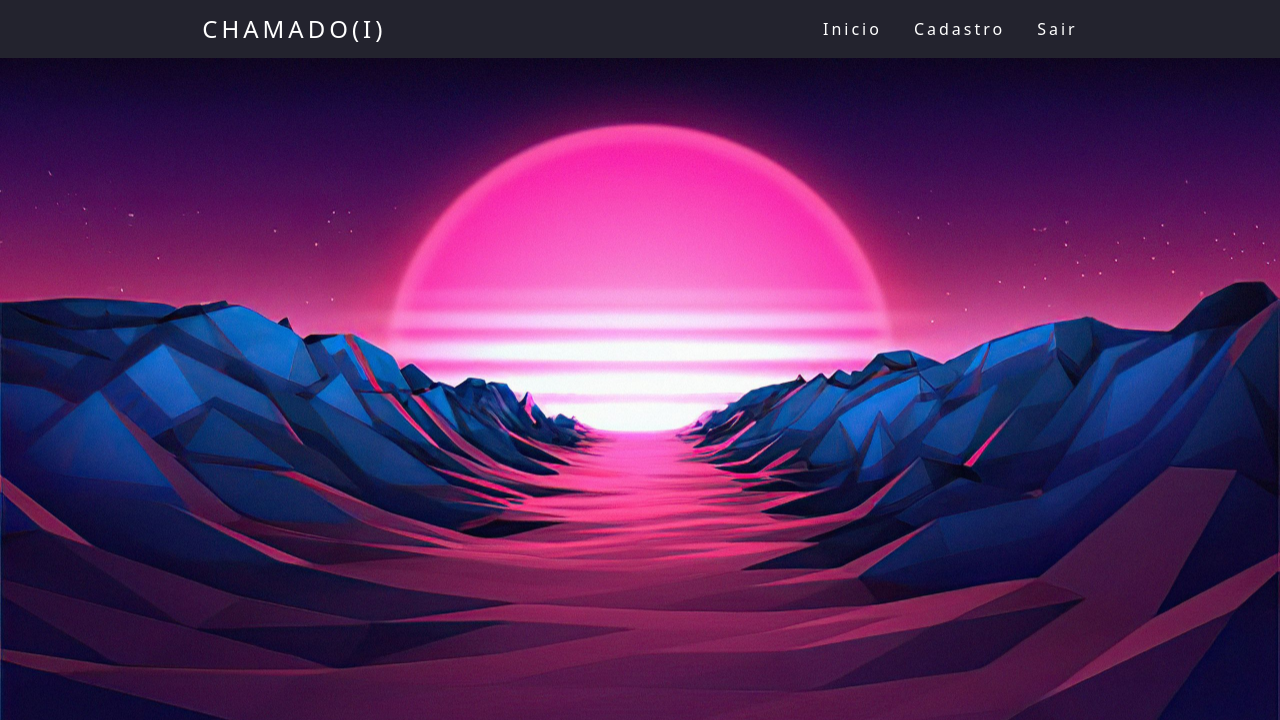
Repository: isaquemc2001/isaque-utilities
Page: index.html
These files come from the project's save history. The page is drawn as it stood at one moment and after the next save; the edit follows.
The browser window is 1280 px wide. The pictures show the whole page.

Above is the page before, as saved 2021-10-28 12:31:20.

### index.html
<!DOCTYPE html>
<html lang="pt-br">

<head>
    <meta charset="UTF-8">
    <meta http-equiv="X-UA-Compatible" content="IE=edge">
    <meta name="viewport" content="width=device-width, initial-scale=1.0">
    <title>Chamado</title>

    <link rel="stylesheet" href="style.css">
</head>

<body>

    <header>
        <nav class="shadow">
            <a class="logo" href="#">Chamado(i)</a>
            <div class="mobile-menu">
                <div class="line1"></div>
                <div class="line2"></div>
                <div class="line3"></div>
            </div>
            <ul class="nav-list">
                <li><a href="#">Inicio</a></li>
                <li><a href="#">Cadastro</a></li>
                <li><a href="#">Sair</a></li>
            </ul>
        </nav>
    </header>

    <main></main>

    <script src="mobile_navbar.js"></script>

</body>

</html>

### style.css
* {
    margin: 0;
    padding: 0;
}

a {
    color: #fff;
    text-decoration: none;
    transition: 0.3s;
}

a:hover {
    opacity: 0.7;
}

.logo {
    font-size: 24px;
    text-transform: uppercase;
    letter-spacing: 4px;
}

nav {
    display: flex;
    justify-content: space-around;
    align-items: center;
    font-family: system-ui, -apple-system, Helvetica, Arial, sans-serif;
    background: #23232e;
    height: 8vh;
}

main {
    background: url("bg.jpg") no-repeat center center;
    background-size: cover;
    height: 92vh;
}

.nav-list {
    list-style: none;
    display: flex;
}

.nav-list li {
    letter-spacing: 3px;
    margin-left: 32px;
}

.mobile-menu {
    display: none;
    cursor: pointer;
}

.mobile-menu div {
    width: 32px;
    height: 2px;
    background: #fff;
    margin: 8px;
    transition: 0.3s;
}

@media (max-width: 999px) {
    body {
        overflow-x: hidden;
    }
    .nav-list {
        position: absolute;
        top: 8vh;
        right: 0;
        width: 50vw;
        height: 92vh;
        background: #23232e;
        flex-direction: column;
        align-items: center;
        justify-content: space-around;
        transform: translateX(100%);
        transition: transform 0.3s ease-in;
    }
    .nav-list li {
        margin-left: 0;
        opacity: 0;
    }
    .mobile-menu {
        display: block;
    }
}

.nav-list.active {
    transform: translateX(0);
}

@keyframes navLinkFade {
    from {
        opacity: 0;
        transform: translateX(50px);
    }
    to {
        opacity: 1;
        transform: translateX(0);
    }
}

.mobile-menu.active .line1 {
    transform: rotate(-45deg) translate(-8px, 8px);
}

.mobile-menu.active .line2 {
    opacity: 0;
}

.mobile-menu.active .line3 {
    transform: rotate(45deg) translate(-5px, -7px);
}

### mobile_navbar.js
class MobileNavbar {
    constructor(mobileMenu, navList, navLinks) {
      this.mobileMenu = document.querySelector(mobileMenu);
      this.navList = document.querySelector(navList);
      this.navLinks = document.querySelectorAll(navLinks);
      this.activeClass = "active";

      this.handleClick = this.handleClick.bind(this);
    }

    animateLinks() {
      this.navLinks.forEach((link, index) => {
        link.style.animation
          ? (link.style.animation = "")
          : (link.style.animation = `navLinkFade 0.5s ease forwards ${
              index / 7 + 0.3
            }s`);
      });
    }

    handleClick() {
      this.navList.classList.toggle(this.activeClass);
      this.mobileMenu.classList.toggle(this.activeClass);
      this.animateLinks();
    }

    addClickEvent() {
      this.mobileMenu.addEventListener("click", this.handleClick);
    }

    init() {
      if (this.mobileMenu) {
        this.addClickEvent();
      }
      return this;
    }
  }

  const mobileNavbar = new MobileNavbar(
    ".mobile-menu",
    ".nav-list",
    ".nav-list li",
  );
  mobileNavbar.init();

After the next save:
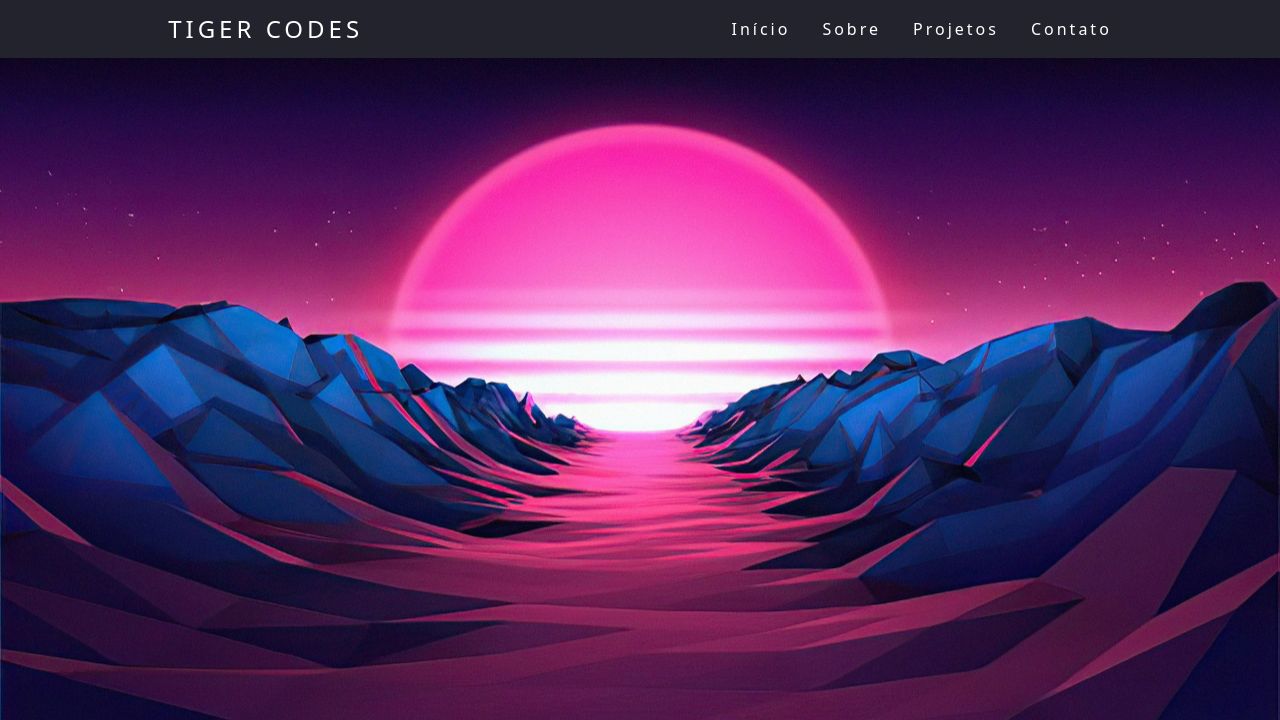
Not found: mobile-navbar.js
Saved 67 s later.
--- a/index.html
+++ b/index.html
@@ -2,36 +2,32 @@
 <html lang="pt-br">
 
 <head>
-    <meta charset="UTF-8">
-    <meta http-equiv="X-UA-Compatible" content="IE=edge">
-    <meta name="viewport" content="width=device-width, initial-scale=1.0">
-    <title>Chamado</title>
-
-    <link rel="stylesheet" href="style.css">
+    <meta charset="UTF-8" />
+    <meta http-equiv="X-UA-Compatible" content="IE=edge" />
+    <meta name="viewport" content="width=device-width, initial-scale=1.0" />
+    <title>Navbar</title>
+    <link rel="stylesheet" href="style.css" />
 </head>
 
 <body>
-
     <header>
-        <nav class="shadow">
-            <a class="logo" href="#">Chamado(i)</a>
+        <nav>
+            <a class="logo" href="/">Tiger Codes</a>
             <div class="mobile-menu">
                 <div class="line1"></div>
                 <div class="line2"></div>
                 <div class="line3"></div>
             </div>
             <ul class="nav-list">
-                <li><a href="#">Inicio</a></li>
-                <li><a href="#">Cadastro</a></li>
-                <li><a href="#">Sair</a></li>
+                <li><a href="#">Início</a></li>
+                <li><a href="#">Sobre</a></li>
+                <li><a href="#">Projetos</a></li>
+                <li><a href="#">Contato</a></li>
             </ul>
         </nav>
     </header>
-
     <main></main>
-
-    <script src="mobile_navbar.js"></script>
-
+    <script src="mobile-navbar.js"></script>
 </body>
 
 </html>
